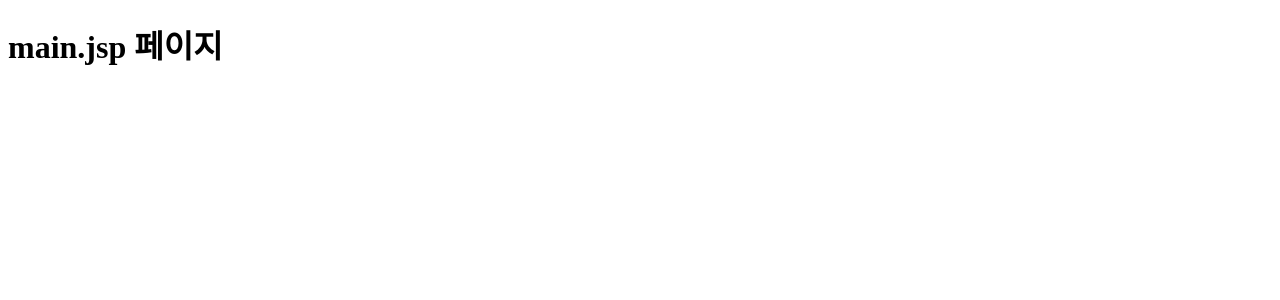
Repository: i-kemen/jsp
Page: http://localhost/WebTest/main.jsp
These files come from the project's save history. The page is drawn as it stood at one moment and after the next save; the edit follows.
The browser window is 1280 px wide. The pictures show the whole page.
The page is served by Tomcat 10. Other server files are loaded and not shown.

Above is the page before, as saved 2023-06-21 04:10:16.

### WebTest/src/main/webapp/main.jsp
<%@ page language="java" contentType="text/html; charset=EUC-KR"
    pageEncoding="EUC-KR"%>
<!DOCTYPE html>
<html>
<head>
<meta charset="EUC-KR">
<title>main jsp</title>
</head>
<body>
    <h1>main.jsp 페이지</h1>
</body>
</html>

After the next save:
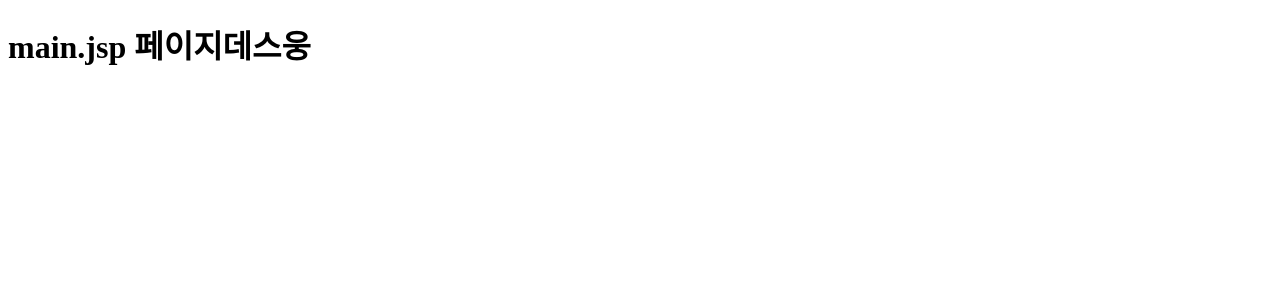
Saved 5 s later.
--- a/WebTest/src/main/webapp/main.jsp
+++ b/WebTest/src/main/webapp/main.jsp
@@ -7,6 +7,7 @@
 <title>main jsp</title>
 </head>
 <body>
-    <h1>main.jsp 페이지</h1>
+    <h1>main.jsp 페이지데스웅</h1>
+
 </body>
 </html>
